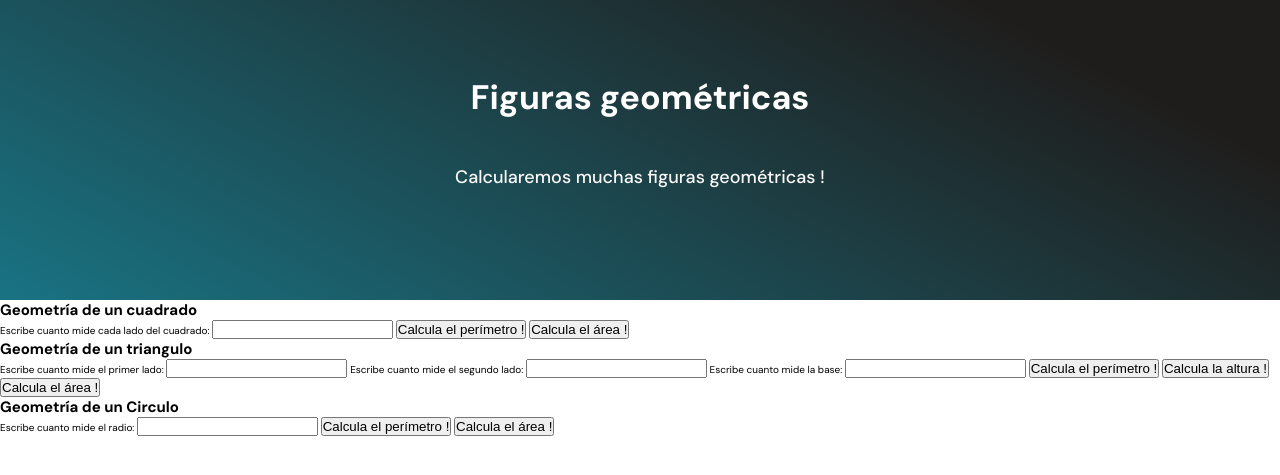
Repository: ChristianGecchelin/javascript-project
Page: javascript-project/figuras-geometricas/figuras.html
The author's editor kept a copy of each file at every save. The page is drawn from the files as they stood at one save, then again after the next save.
The browser window is 1280 px wide. The pictures show the whole page.

Above is the page before, as saved 2021-12-01 21:44:05.

### javascript-project/figuras-geometricas/figuras.html
<!DOCTYPE html>
<html lang="en">
  <head>
    <meta charset="UTF-8" />
    <meta http-equiv="X-UA-Compatible" content="IE=edge" />
    <meta name="viewport" content="width=device-width, initial-scale=1.0" />
    <title>Figuras geométricas | Proyecto 1</title>
    <link rel="preconnect" href="https://fonts.googleapis.com" />
    <link rel="preconnect" href="https://fonts.gstatic.com" crossorigin />
    <link
      href="https://fonts.googleapis.com/css2?family=DM+Sans:wght@400;500;700&family=Inter:wght@300;500&display=swap"
      rel="stylesheet"
    />
    <link rel="stylesheet" href="./style.css" />
  </head>
  <body>
    <header>
      <div class="header--title-container">
        <h1>Figuras geométricas</h1>
        <p>Calcularemos muchas figuras geométricas !</p>
      </div>
    </header>
    <main>
      <section class="">
        <h2>Geometría de un cuadrado</h2>
        <form action="">
          <label for="">Escribe cuanto mide cada lado del cuadrado:</label>
          <input type="number" id="inputCuadrado" />
          <button type="button" onclick="calcularPerimetroCuadrado()">
            Calcula el perímetro !
          </button>
          <button type="button" onclick="calcularAreaCuadrado()">
            Calcula el área !
          </button>
          <!-- type button, para quitarle el submit por defecto y que no me redireccione a ningun lado -->
        </form>
      </section>
      <section>
        <h2>Geometría de un triangulo</h2>
        <form action="">
          <label for="">Escribe cuanto mide el primer lado:</label>
          <input type="number" id="inputLado1" />
          <label for="">Escribe cuanto mide el segundo lado:</label>
          <input type="number" id="inputLado2" />
          <label for="">Escribe cuanto mide la base:</label>
          <input type="number" id="inputBase" />
          <button type="button" onclick="calcularPerimetroTriangulo()">
            Calcula el perímetro !
          </button>
          <button type="button" onclick="calcularAlturaTriangulo()">
            Calcula la altura !
          </button>
          <button type="button" onclick="calcularAreaTriangulo()">
            Calcula el área !
          </button>
          <!-- type button, para quitarle el submit por defecto y que no me redireccione a ningun lado -->
        </form>
      </section>
      <section>
        <h2>Geometría de un Circulo</h2>
        <form action="">
          <label for="">Escribe cuanto mide el radio:</label>
          <input type="number" id="inputRadio" />
          <button type="button" onclick="calcularPerimetroCirculo()">
            Calcula el perímetro !
          </button>
          <button type="button" onclick="calcularAreaCirculo()">
            Calcula el área !
          </button>
          <!-- type button, para quitarle el submit por defecto y que no me redireccione a ningun lado -->
        </form>
      </section>
    </main>
    <script src="./figurasConFunciones.js"></script>
  </body>
</html>

### javascript-project/figuras-geometricas/style.css
:root {
  --Dark-lightblue: #197383;
  --soft-orange: #ffe9d5;
  --secondary-blue: #1a9af7;
  --soft-blue: #e7f5ff;
  --warm-black: #201e1c;
  --black: #282623;
  --grey: #bababa;
  --off-white: #faf8f7;
  --just-white: #fff;
}
* {
  box-sizing: border-box;
  margin: 0;
  padding: 0;
}
html {
  font-size: 62.5%;
  font-family: "DM Sans", sans-serif;
}
header {
  position: relative;
  display: flex;
  flex-direction: column;
  justify-content: center;
  width: 100%;
  min-width: 320px;
  height: 300px;
  text-align: center;
  background: linear-gradient(207.8deg, #1f1d1c 16.69%, #197383 100%);
}
header .header--title-container {
  width: 90%;
  min-width: 288px;
  max-width: 900px;
  height: 200px;
  text-align: center;
  align-self: center;
}
header .header--title-container h1 {
  margin-top: 30px;
  margin-bottom: 50px;
  font-size: 3.4rem;
  font-weight: 700;
  line-height: 3.6rem;
  color: var(--just-white);
}
header .header--title-container p {
  font-size: 1.8rem;
  font-weight: 500;
  line-height: 2.2rem;
  color: var(--off-white);
}
main {
  width: 100%;
  height: auto;
}

### javascript-project/figuras-geometricas/figurasConFunciones.js
/* Codigo del cuadrado */
console.group("Cuadrado");
function perimetroCuadrado(lado) {
  return lado * 4;
}
/* console.log(`Perimetro del cuadrado es: ${perimetroCuadrado} cm.`); */
function areaCuadrado(lado) {
  return (
    lado ** 2
  ); /* debe estar escrito de igual manera el parametro que el return */
}

/* console.log(`El area del cuadrado es: ${areaCuadrado} cm^2.`); */
console.groupEnd();

/* Codigo del triangulo */
console.group("Triangulo");

function perimetroTriangulo(lado1, lado2, base) {
  return lado1 + lado2 + base;
}
function calcularAltura(lado1, lado2, lado3) {
  let ladosIguales;
  let ladoBase;
  let altura;

  if (
    lado1 + lado2 <= lado3 ||
    lado1 + lado3 <= lado2 ||
    lado2 + lado3 <= lado1
  ) {
    alert(
      "En un triangulo la base no puede ser mayor a la suma de sus catetos"
    );
  } else {
    switch (true) {
      case lado1 === lado2:
        ladosIguales = lado1;
        ladoBase = lado3;
        break;
      case lado1 === lado3:
        ladosIguales = lado1;
        ladoBase = lado2;
        break;
      case lado3 === lado2:
        ladosIguales = lado2;
        ladoBase = lado1;
        break;
    }
    if (!ladosIguales) {
      alert("Tu triangulo no es isosceles, ingresa la altura");
    } else {
      altura = Math.sqrt(ladosIguales ** 2 - ladoBase ** 2 / 4);
    }
  }
  return ladosIguales, ladoBase, altura;
}
function areaTriangulo(ladoBase, altura) {
  return (
    (ladoBase * altura) / 2
  ); /* tengo que llamar a la funcion altura para pasarle el dato */
}
console.groupEnd();

//Codigo Circulo
console.group("Circulo");
function diametroCirculo(radio) {
  return radio * 2;
}
const pi = Math.PI;
function circunferencia(radio) {
  const diametro = diametroCirculo(radio);
  /* llamo a una funcion dentro de otra y creo una variable que tiene alcance local */
  return diametro * pi;
}
function superficieCirculo(radio) {
  return pi * radio ** 2;
}

console.groupEnd();
/* Creo una funcion, que a traves del id obtengo lo que el usuario ingreso en el input. y con eso le saco el value que le paso
a la funcion que cree antes y es la encargada de hacer el calculo para luego mostrarse en un aler */
function calcularPerimetroCuadrado() {
  const input = document.getElementById("inputCuadrado");
  const value = input.value;
  const perimetro = perimetroCuadrado(value);
  alert(perimetro);
}
function calcularAreaCuadrado() {
  const input = document.getElementById("inputCuadrado");
  const value = input.value;
  const area = areaCuadrado(value);
  alert(area);
}

function calcularPerimetroTriangulo() {
  const inputLado1 = document.getElementById("inputLado1");
  const valueLado1 = Number(inputLado1.value);
  const inputLado2 = document.getElementById("inputLado2");
  const valueLado2 = Number(inputLado2.value);
  const inputBase = document.getElementById("inputBase");
  const valueBase = Number(inputBase.value);
  /* Es importante ponerle number porque por mas que el input tenga type number, este lo transforma como un string */
  const perimetro = perimetroTriangulo(valueLado1, valueLado2, valueBase);
  alert(perimetro);
}

function calcularAlturaTriangulo() {
  const inputLado1 = document.getElementById("inputLado1");
  const valueLado1 = Number(inputLado1.value);
  const inputLado2 = document.getElementById("inputLado2");
  const valueLado2 = Number(inputLado2.value);
  const inputBase = document.getElementById("inputBase");
  const valueBase = Number(inputBase.value);
  const alturaTriangulo = calcularAltura(valueLado1, valueLado2, valueBase);
  alert(alturaTriangulo);
}

function calcularAreaTriangulo() {
  /* const inputAltura = document.getElementById("inputAltura");
  const valueAltura = Number(inputAltura.value);
  const inputBase = document.getElementById("inputBase");
  const valueBase = inputBase.value;
  const area = areaTriangulo(valueAltura, valueBase);
  alert(area); */
  const inputLado1 = document.getElementById("inputLado1");
  const valueLado1 = Number(inputLado1.value);
  const inputLado2 = document.getElementById("inputLado2");
  const valueLado2 = Number(inputLado2.value);
  const inputBase = document.getElementById("inputBase");
  const valueBase = Number(inputBase.value);
  const altura = calcularAltura(valueLado1, valueLado2, valueBase);
  const area = areaTriangulo(valueBase, altura);
  alert(area);
}

function calcularPerimetroCirculo() {
  const inputRadio = document.getElementById("inputRadio");
  const valueRadio = inputRadio.value;
  const perimetro = circunferencia(valueRadio);
  alert(perimetro);
}
function calcularAreaCirculo() {
  const inputRadio = document.getElementById("inputRadio");
  const valueRadio = inputRadio.value;
  const superficie = superficieCirculo(valueRadio);
  alert(superficie);
}

After the next save:
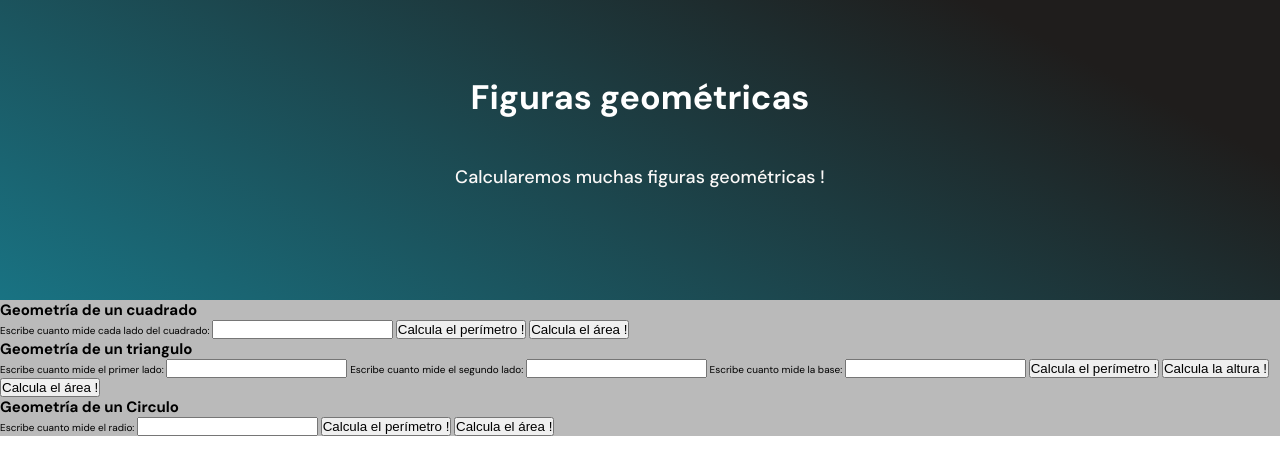
Saved 31 s later.
--- a/javascript-project/figuras-geometricas/style.css
+++ b/javascript-project/figuras-geometricas/style.css
@@ -54,4 +54,5 @@ header .header--title-container p {
 main {
   width: 100%;
   height: auto;
+  background-color: var(--grey);
 }
